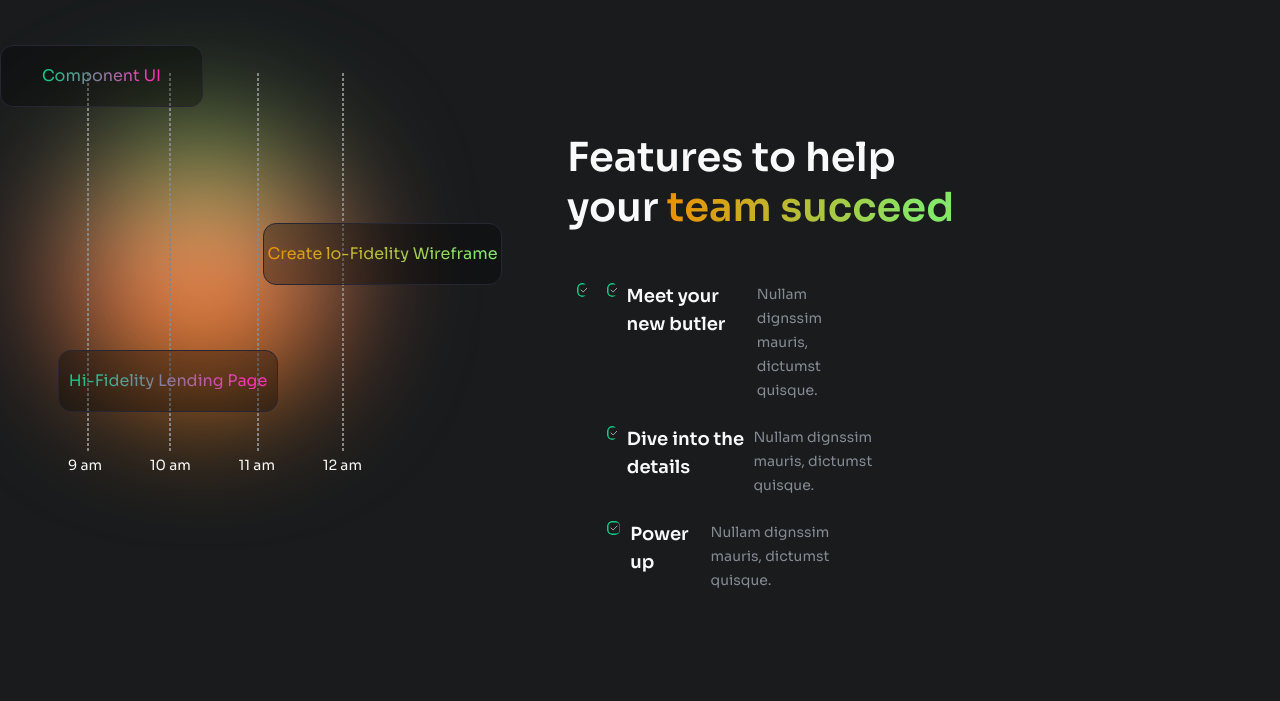
Repository: anhthiethumg/Task_Managerment_Website
Page: index.html
An editor plug-in stored every save of this project. The page is shown before and after a run of saves, followed by the edit.
The browser window is 1280 px wide. The pictures show the part of the page from y = 2400 to 3101 px (the page is 3101 px tall before and 3006 px after).
A picture or video elsewhere on the page could not be fetched, so the positions and the page height are approximate.

Above is the page before, as saved 2023-07-31 09:16:08.

After the next 4 saves:
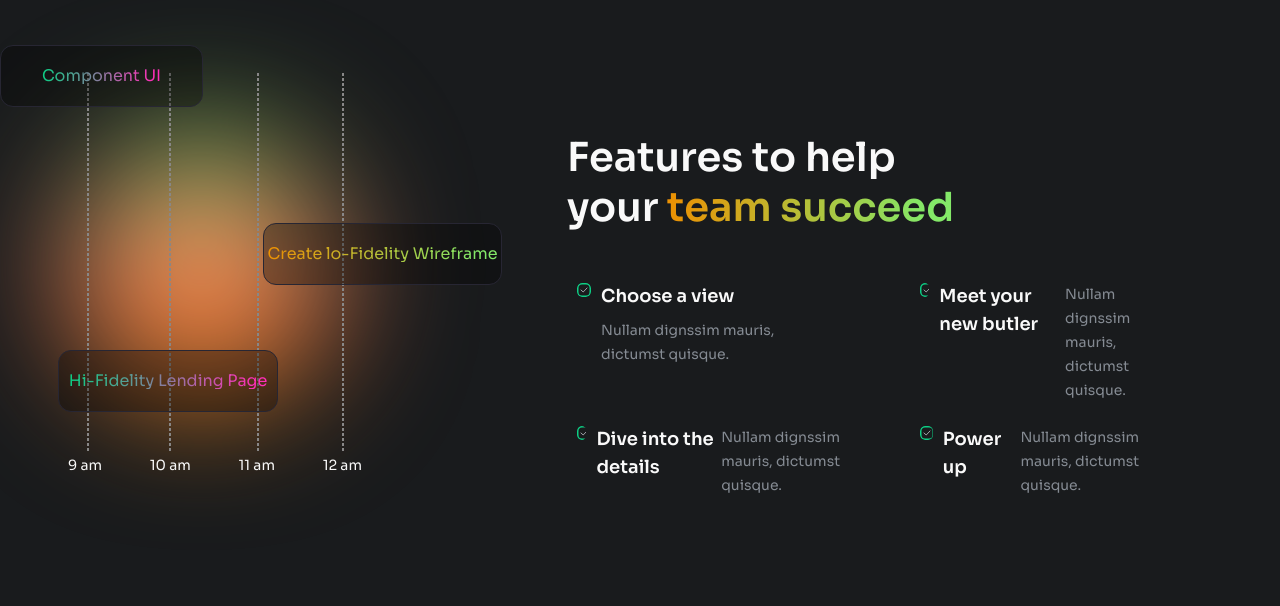
The 4 saves are shown as one change because they came seconds apart.
The last was saved 11 s later.
--- a/index.html
+++ b/index.html
@@ -323,7 +323,12 @@
             </h2>
             <div class="feature__list">
               <div class="feature__item">
-                <div class="feature--"
+                <div class="feature--item__content">
+                  <h3 class="feature--item__title">Choose a view</h3>
+                  <p class="feature__desc">
+                    Nullam dignssim mauris, dictumst quisque.
+                  </p>
+                </div>
               </div>
               <div class="feature__item">
                 <h3 class="feature--item__title">Meet your new butler</h3>
